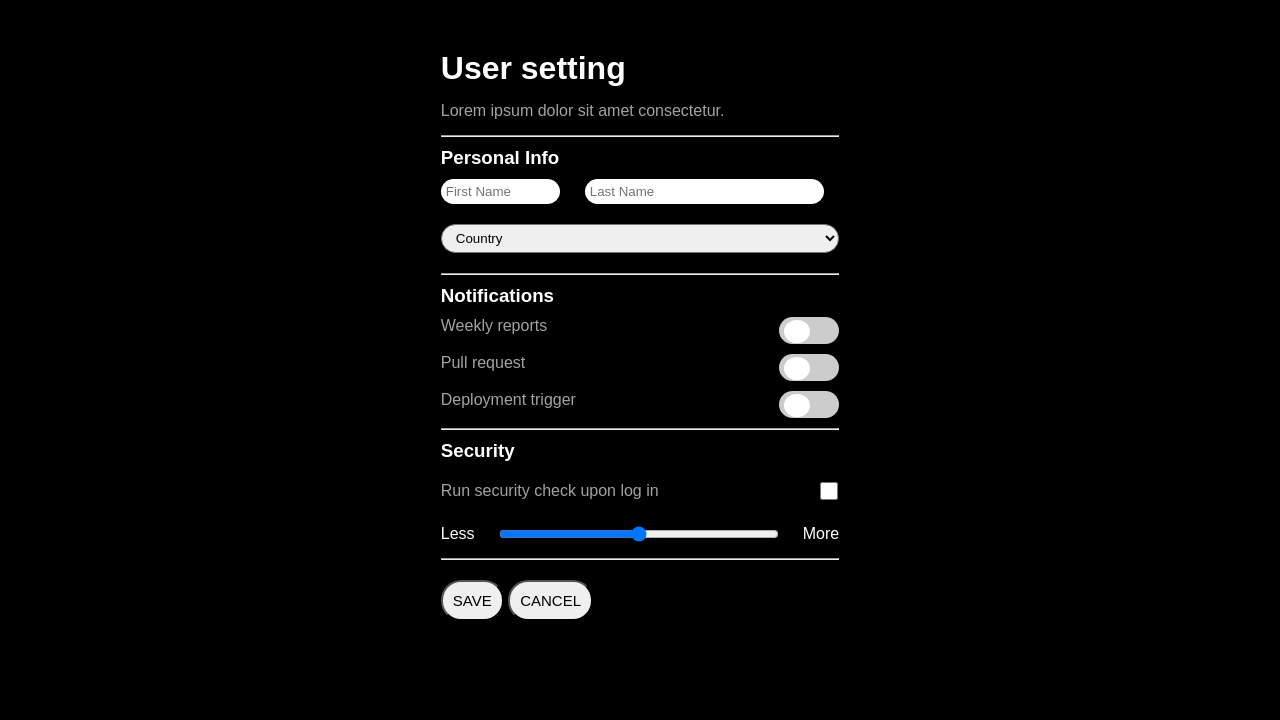
Repository: imokha01/DOM
Page: index.html
These files come from the project's save history. The page is drawn as it stood at one moment and after the next save; the edit follows.
The browser window is 1280 px wide. The pictures show the whole page.

Above is the page before, as saved 2023-12-21 09:59:04.

### index.html
<!DOCTYPE html>
<html lang="en">
  <head>
    <meta charset="UTF-8" />
    <meta name="viewport" content="width=device-width, initial-scale=1.0" />
    <title>Document</title>
    <link rel="stylesheet" href="./index.css" />
  </head>
<body>
  <div class="form_container">
    <form action="#">
      <div>
          <h1>User setting</h1>
          <p id="userPara">Lorem ipsum dolor sit amet consectetur.</p>
      </div>
      <hr>
      <div>
        <h3>Personal Info</h3>
        <input type="text" class="firstName" placeholder="First Name">
        <input type="text" class="lastName" placeholder="Last Name"> <br>
        <select>
            <option value="country" disabled hidden selected>Country</option>
            <option value="Nigeria">Nigeria</option>
            <option value="ghana">Ghana</option>
            <option value="algeria">Algeria</option>
        </select>
        <hr>
        <div>
          <h3>Notifications</h3>
          <div class="weeklyReport">
            <p class="week-para">Weekly reports</p>
            <!-- Rounded switch -->
            <div>
              <label class="switch">
                <input type="checkbox">
               <span class="slider round"></span>
              </label>
            </div>
          </div>
          <div class="pullRequest">
            <p class="pull-para">Pull request</p>
            <!-- Rounded switch -->
            <div>
              <label class="switch">
                <input type="checkbox">
               <span class="slider round"></span>
              </label>
            </div>
          </div>
          <div class="deployment">
            <p class="depoly-para">Deployment trigger</p>
            <!-- Rounded switch -->
            <div>
              <label class="switch">
                <input type="checkbox">
               <span class="slider round"></span>
              </label>
            </div>
          </div>
          <hr>
          <div class="security">
            <h3> Security</h3>
            <div>
              <p id="secu-para">Run security check upon log in</p>
              <input type="checkbox" id="check">
            </div>
            <div>
              <span>Less</span>
              <input type="range" id="range">
              <span> More </span>
            </div>
           <hr>
           <button type="save">SAVE</button>
           <button type="cancel">CANCEL</button
        </div>
        </div>
      </div>
    </form>
  </div>
    <script src="./index.js"></script>
  </body>
</html>

### index.css
* {
    margin: 0;
    padding: 0;
    box-sizing: border-box;
}

body{
    font-family: Arial, Helvetica, sans-serif;
    background-color: black;
}

.form_container {
    display: flex;
    justify-content: center;
    align-items: center;
    margin-top: 50px;
    gap: 2px;
    background-color: black;
    color: while;
}

form {
    color: white;
}

form p {
    color: #a3a3a3
}

#userPara {
    padding: 15px 0;
}

h3 {
    margin: 10px 0;
}

.firstName{
    width: 30%;
    padding: 5px;
    border-radius: 20px;
    margin-right: 20px;
    border: none;
  }

  .lastName {
    width: 60%;
    padding: 5px;
    border-radius: 20px;
    border: none;

}

select {
    width: 100%;
    padding: 5px 10px;
    border-radius: 20px;
    margin: 20px 0;
  }

  option {
    padding: 20px 0;

  }
  .weeklyReport,
  .deployment,
  .pullRequest {
    display: flex;
    justify-content: space-between;
    margin-bottom: 10px;
  }

  .security h3 + div {
    display: flex;
    justify-content: space-between;
    padding: 10px 0;
  }

#check {
  width: 20px;
}

.security div:last-of-type{
    width: 100%;
    display: flex;
    justify-content: space-between;
    padding: 15px 0;
  }

  #range {
    width: 280px;
    background-color: green;

  }

  button {
    padding: 10px;
    border-radius: 20px;
    margin: 20px 0;
    font-size: 15px;
    wi

}







/* The switch - the box around the slider */
.switch {
    position: relative;
    display: inline-block;
    width: 60px;
    height: 27px;
  }

  /* Hide default HTML checkbox */
  .switch input {
    opacity: 0;
    width: 0;
    height: 0;
  }

  /* The slider */
  .slider {
    position: absolute;
    cursor: pointer;
    top: 0;
    left: 0;
    right: 0;
    bottom: 0;
    background-color: #ccc;
    -webkit-transition: .4s;
    transition: .4s;
  }

  .slider:before {
    position: absolute;
    content: "";
    height: 23px;
    width: 26px;
    left: 5px;
    bottom: 1px;
    background-color: white;
    -webkit-transition: .4s;
    transition: .4s;
  }

  input:checked + .slider {
    background-color: #2196F3;
  }

  input:focus + .slider {
    box-shadow: 0 0 1px #2196F3;
  }

  input:checked + .slider:before {
    -webkit-transform: translateX(26px);
    -ms-transform: translateX(26px);
    transform: translateX(26px);
  }

  /* Rounded sliders */
  .slider.round {
    border-radius: 34px;
  }

  .slider.round:before {
    border-radius: 50%;
  }

### index.js
// const button = document.getElementsByTagName("button")[0]
// console.log(button)

// button.style.backgroundColor = "skyblue"
// button.style.padding = "20px";
// button.style.border = "none";
// button.style.borderRadius = "10px";
// button.style.fontSize  = "1.5em";
// button.style.color = "red";

// const body = document.querySelector("body")
// body.style.backgroundColor = "lightgreen";

const newDiv = document.createElement("div");
const newContent = document.createTextNode("hey, What is up");
newDiv.appendChild(newContent);
console.log(newDiv)

const button = document.createElement("button")

After the next save:
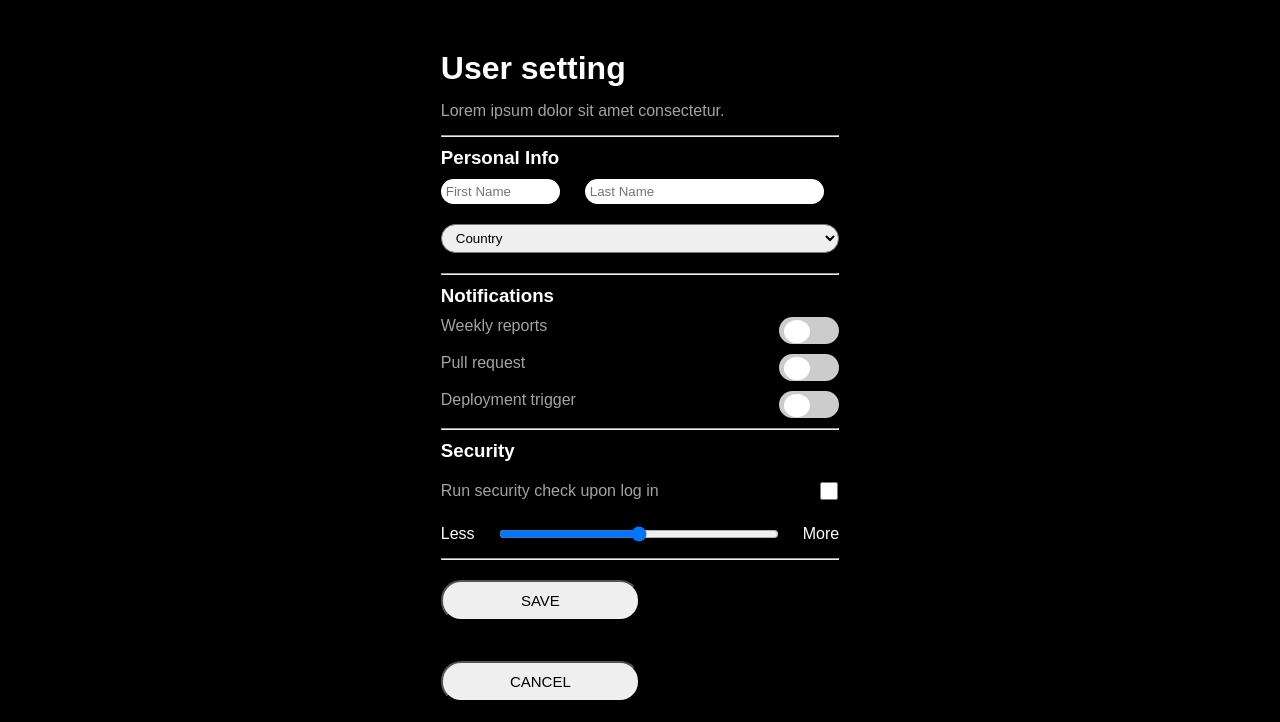
Saved 5 s later.
--- a/index.css
+++ b/index.css
@@ -98,7 +98,7 @@ select {
     border-radius: 20px;
     margin: 20px 0;
     font-size: 15px;
-    wi
+    width: 50%;
 
 }
 
